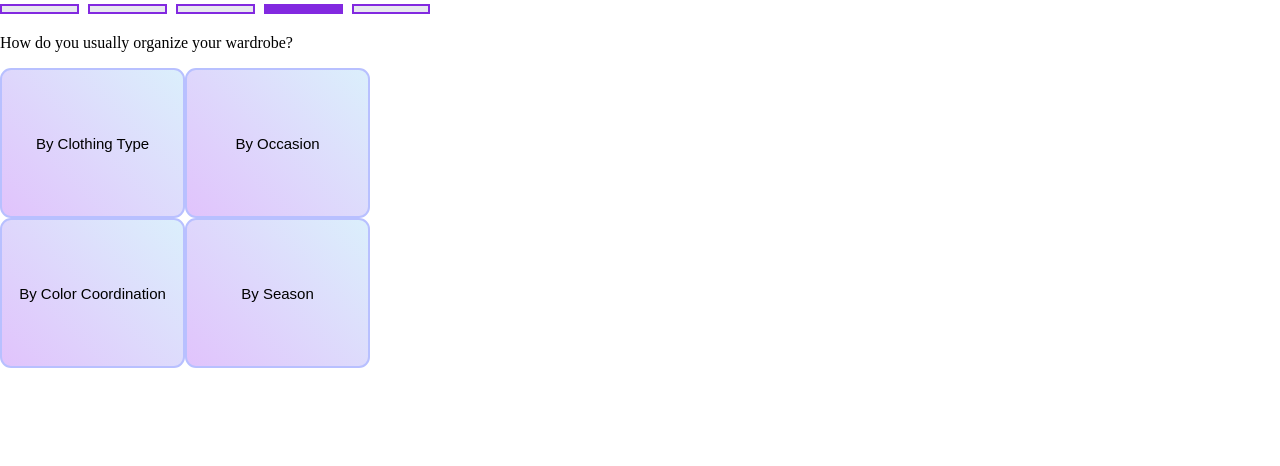
Repository: navnneett/clotho
Page: /QuizQuestions/QuestionFour
These files come from the project's save history. The page is drawn as it stood at one moment and after the next save; the edit follows.
The browser window is 1280 px wide. The pictures show the whole page.
The project was rebuilt for these pictures with package versions that can differ from the ones it lists, and the page was loaded fresh each time. The framework's server and built-in components were replaced by stand-ins that run in the browser. Also part of the build but not shown: next.config.js, next.config.mjs, components/Button/Button.module.css, components/Button/index.js.

Above is the page before, as saved 2024-04-06 20:04:05.

After the next save:
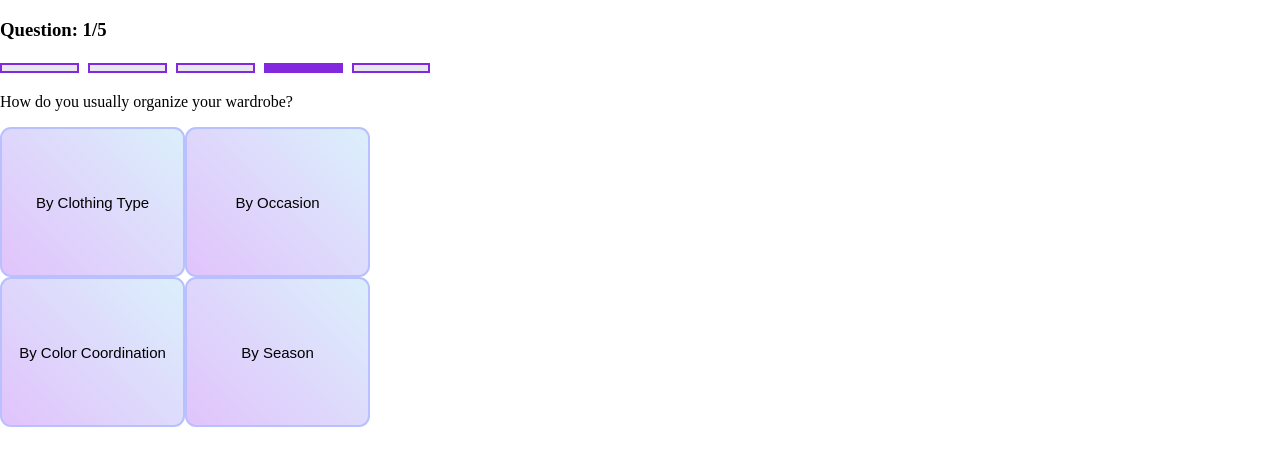
Saved 78 s later.
--- a/pages/QuizQuestions/QuestionFour.js
+++ b/pages/QuizQuestions/QuestionFour.js
@@ -17,13 +17,17 @@ export default function QuestionFour({ onNextQuestion }) {
 
     return (
         <>
-        <div className={styles.mainContainer}>
-                    <Image
-                    src="/images/quiz/Progress Indicator-3.png"
-                    alt="Progress Indicator question 4"
-                    width={430}
-                    height={10}
-                    className={styles.imageOne}
+            <div className={styles.mainContainer}>
+                <h3>
+                    Question: 1
+                    <span>/5</span>
+                </h3>
+                <Image
+                src="/images/quiz/Progress Indicator-3.png"
+                alt="Progress Indicator question 4"
+                width={430}
+                height={10}
+                className={styles.imageOne}
                 />
                 <div className={styles.contentContainer}>
 
@@ -46,7 +50,7 @@ export default function QuestionFour({ onNextQuestion }) {
                     </div>
 
                 </div>
-                    </div>
+            </div>
 
         </>
     );
